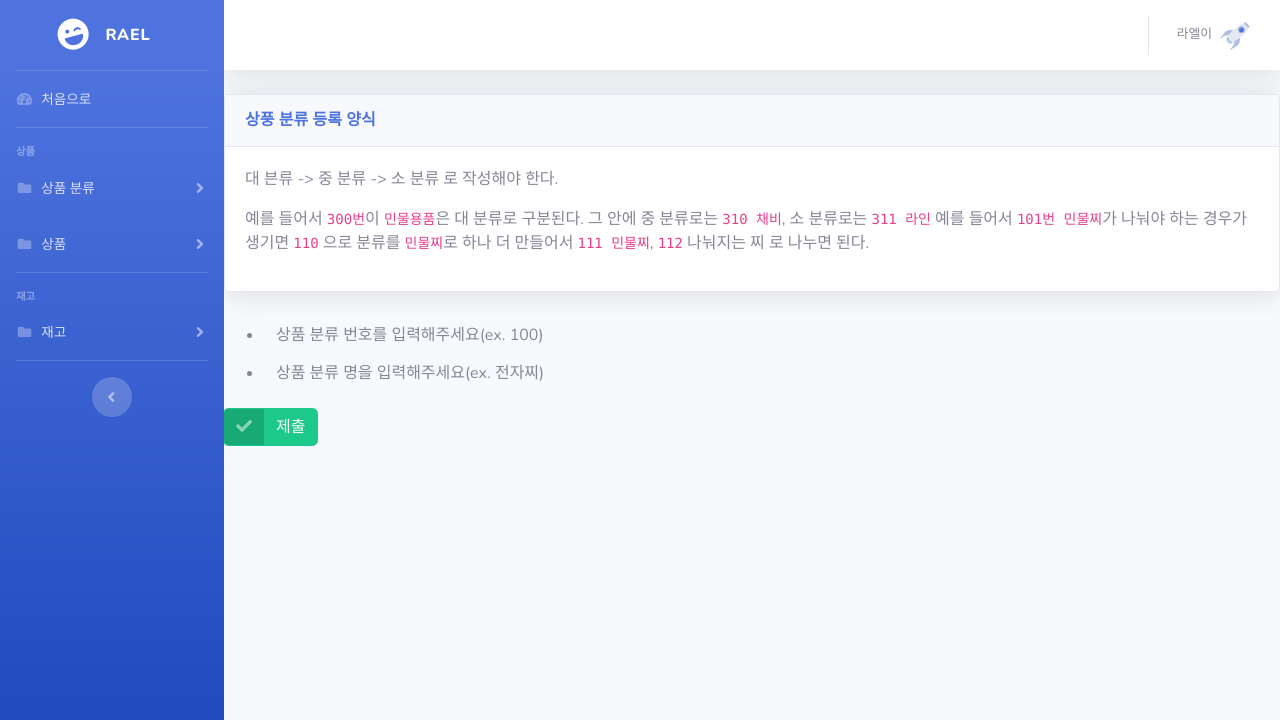
Repository: sww232/springRaelProject
Page: http://localhost/rael/WEB-INF/views/product/category_insert.jsp
An editor plug-in stored every save of this project. The page is shown before and after the next save, followed by the edit.
The browser window is 1280 px wide. The pictures show the whole page.
The page is served by Tomcat 9. Nobody is signed in. Other server files are loaded and not shown. The template is opened directly, without the code that normally fills it, so the values that code supplies are empty.

Above is the page before, as saved 2022-10-06 19:13:56.

### raelproject3/rael/src/main/webapp/WEB-INF/views/product/category_insert.jsp
<%@ page language="java" contentType="text/html; charset=UTF-8" pageEncoding="UTF-8"%>
<%@ taglib uri="http://java.sun.com/jsp/jstl/core" prefix="c" %>
<%@ taglib prefix="sql" uri="http://java.sun.com/jsp/jstl/sql" %>
<%@ taglib prefix="fmt" uri="http://java.sun.com/jsp/jstl/fmt" %>
<!DOCTYPE html>
<html>
<head>
	    <meta name="viewport" content="width=device-width, initial-scale=1, shrink-to-fit=no">
	    <meta name="description" content="">
	    <meta name="author" content="">
	    <meta charset="UTF-8">
			<title>메인</title>

		<link href="/vendor/fontawesome-free/css/all.min.css" rel="stylesheet" type="text/css">
	    <link
	        href="https://fonts.googleapis.com/css?family=Nunito:200,200i,300,300i,400,400i,600,600i,700,700i,800,800i,900,900i"
	        rel="stylesheet">

	    <!-- Custom styles for this template -->
	    <link href="/css/sb-admin-2.min.css" rel="stylesheet">
	    <script src="/vendor/jquery/jquery.min.js"></script>
	    <script src="/vendor/bootstrap/js/bootstrap.bundle.min.js"></script>

	    <!-- Core plugin JavaScript-->
	    <script src="/vendor/jquery-easing/jquery.easing.min.js"></script>

	    <!-- Custom scripts for all pages-->
	    <script src="/js/sb-admin-2.min.js"></script>

	    <!-- Page level plugins -->
	    <script src="/vendor/datatables/jquery.dataTables.min.js"></script>
	    <script src="/vendor/datatables/dataTables.bootstrap4.min.js"></script>

	    <!-- Page level custom scripts -->
	    <script src="/js/demo/datatables-demo.js"></script>

	    <!-- Custom styles for this page -->
	    <link href="/vendor/datatables/dataTables.bootstrap4.min.css" rel="stylesheet">

	</head>
	<body id="page-top">
	<form>
		<div class="modal fade" id="moaModal1" tabindex="-1" role="dialog" aria-labelledby="exampleModalLabel" aria-hidden="true">

			<div class="modal-dialog" role="document">
				<div class="modal-content">
					<div class="modal-header">
						<h5 class="modal-title" id="exampleModalLabel">상품 등록을 위한 카테고리 선택</h5>
						<button class="close" type="button" data-dismiss="modal" aria-label="Close">
							<span aria-hidden="true">x</span>
						</button>
						</div>
						<div class="modal-body">
							<select name="categoryBox1" id="categoryBox1">
								<option value="defaultValue" selected></option>
								<c:forEach var="list" items="${categorynums}">
									<option value="${list}">
										${list}
									</option>
								</c:forEach>
							</select>
						</div>
					<div class="modal-footer">
						<button class="btn btn-primary" type="button" data-dismiss="modal">Cancel</button>
						<button class="btn btn-primary" type="submit" formaction="/product/product_insert">Choice</button>
					</div>
				</div>
			</div>
		</div>
		<div class="modal fade" id="moaModal2" tabindex="-1" role="dialog" aria-labelledby="exampleModalLabel" aria-hidden="true">

			<div class="modal-dialog" role="document">
				<div class="modal-content">
					<div class="modal-header">
						<h5 class="modal-title" id="exampleModalLabel">상품 추가 등록을 위한 카테고리 선택</h5>
						<button class="close" type="button" data-dismiss="modal" aria-label="Close">
							<span aria-hidden="true">x</span>
						</button>
						</div>
						<div class="modal-body">
							<select name="categoryBox2" id="categoryBox2">
								<option value="defaultValue" selected></option>
								<c:forEach var="list" items="${categorynums}">
									<option value="${list}">
										${list}
									</option>
								</c:forEach>
							</select>
						</div>
					<div class="modal-footer">
						<button class="btn btn-primary" type="button" data-dismiss="modal">Cancel</button>
						<button class="btn btn-primary" type="submit" formaction="/product/product_insert_detail">Choice</button>
					</div>
				</div>
			</div>
		</div>
		<div class="modal fade" id="moaModal3" tabindex="-1" role="dialog" aria-labelledby="exampleModalLabel" aria-hidden="true">

			<div class="modal-dialog" role="document">
				<div class="modal-content">
					<div class="modal-header">
						<h5 class="modal-title" id="exampleModalLabel">상품명/상세정보 수정을 위한 카테고리 선택</h5>
						<button class="close" type="button" data-dismiss="modal" aria-label="Close">
							<span aria-hidden="true">x</span>
						</button>
						</div>
						<div class="modal-body">
							<select name="categoryBox3" id="categoryBox3">
								<option value="defaultValue" selected></option>
								<c:forEach var="list" items="${categorynums}">
									<option value="${list}">
										${list}
									</option>
								</c:forEach>
							</select>
						</div>
					<div class="modal-footer">
						<button class="btn btn-primary" type="button" data-dismiss="modal">Cancel</button>
						<button class="btn btn-primary" type="submit" formaction="/product/product_update">Choice</button>
					</div>
				</div>
			</div>
		</div>
	</form>
	<div id="wrapper">
		 <ul class="navbar-nav bg-gradient-primary sidebar sidebar-dark accordion" id="accordionSidebar">

            <!-- Sidebar - Brand -->
            <a class="sidebar-brand d-flex align-items-center justify-content-center" href="/">
                <div class="sidebar-brand-icon rotate-n-15">
                    <i class="fas fa-laugh-wink"></i>
                </div>
                <div class="sidebar-brand-text mx-3">RAEL</div>
            </a>

            <!-- Divider -->
            <hr class="sidebar-divider my-0">

            <!-- Nav Item - Dashboard -->
            <li class="nav-item">
                <a class="nav-link" href="/">
                    <i class="fas fa-fw fa-tachometer-alt"></i>
                    <span>처음으로</span></a>
            </li>

            <!-- Divider -->
            <hr class="sidebar-divider">

            <!-- Heading -->
            <div class="sidebar-heading">
                상품
            </div>

            <!-- Nav Item - Pages Collapse Menu -->
            <li class="nav-item">
                <a class="nav-link collapsed" href="#" data-toggle="collapse" data-target="#collapseTwo"
                    aria-expanded="true" aria-controls="collapseTwo">
                    <i class="fas fa-fw fa-folder"></i>
                    <span>상품 분류</span>
                </a>
                <div id="collapseTwo" class="collapse" aria-labelledby="headingTwo" data-parent="#accordionSidebar">
                    <div class="bg-white py-2 collapse-inner rounded">
                        <h6 class="collapse-header">상풍 분류 탭</h6>
                        <a class="collapse-item" href="/product/category_select?page=1&recordSize=10&pageSize=10">상품 분류 조회</a>
                        <a class="collapse-item" href="/product/category_insert?insertresult=0">상품 분류 등록</a>
                        <a class="collapse-item" href="/product/category_update">상품 분류 수정</a>
                    </div>
                </div>
            </li>

            <!-- Nav Item - Utilities Collapse Menu -->
            <li class="nav-item">
                <a class="nav-link collapsed" href="#" data-toggle="collapse" data-target="#collapseUtilities"
                    aria-expanded="true" aria-controls="collapseUtilities">
                    <i class="fas fa-fw fa-folder"></i>
                    <span>상품</span>
                </a>
                <div id="collapseUtilities" class="collapse" aria-labelledby="headingUtilities"
                    data-parent="#accordionSidebar">
                    <div class="bg-white py-2 collapse-inner rounded">
                        <h6 class="collapse-header">상품 탭</h6>
                        <a class="collapse-item" href="/product/all_select?page=1&recordSize=10&pageSize=10">상품 조회</a>
                        <a class="collapse-item" href="#" data-toggle="modal" data-target="#moaModal1">
							<i class="fas fa-arrow-right"></i>상품 등록
						</a>
						<a class="collapse-item" href="#" data-toggle="modal" data-target="#moaModal2">
							<i class="fas fa-arrow-right"></i>상품 추가 등록
						</a>
						<a class="collapse-item" href="#" data-toggle="modal" data-target="#moaModal3">
							<i class="fas fa-arrow-right"></i>상품명/상세정보 수정
						</a>
                    </div>
                </div>
            </li>

            <!-- Divider -->
            <hr class="sidebar-divider">

            <!-- Heading -->
            <div class="sidebar-heading">
                재고
            </div>

            <!-- Nav Item - Pages Collapse Menu -->
            <li class="nav-item">
                <a class="nav-link collapsed" href="#" data-toggle="collapse" data-target="#collapsePages"
                    aria-expanded="true" aria-controls="collapsePages">
                    <i class="fas fa-fw fa-folder"></i>
                    <span>재고</span>
                </a>
                <div id="collapsePages" class="collapse" aria-labelledby="headingPages" data-parent="#accordionSidebar">
                    <div class="bg-white py-2 collapse-inner rounded">
                        <h6 class="collapse-header">재고</h6>
                        <a class="collapse-item" href="/stock/stock_select?page=1&recordSize=10&pageSize=10">재고 조회 및 입/출고</a>
                        <div class="collapse-divider"></div>
                        <h6 class="collapse-header">재고 입/출고</h6>
                        <a class="collapse-item" href="/stock/stock_history?page=1&recordSize=10&pageSize=10">내역</a>
                        <a class="collapse-item" href="/stock/stock_history_cancel?page=1&recordSize=10&pageSize=10">취소</a>
                    </div>
                </div>
            </li>

            <!-- Divider -->
            <hr class="sidebar-divider d-none d-md-block">

            <!-- Sidebar Toggler (Sidebar) -->
            <div class="text-center d-none d-md-inline">
                <button class="rounded-circle border-0" id="sidebarToggle"></button>
            </div>

        </ul>

        <!-- End of Sidebar -->

        <!-- Content Wrapper -->
        <div id="content-wrapper" class="d-flex flex-column">

            <!-- Main Content -->
            <div id="content">

                <!-- Topbar -->
                <nav class="navbar navbar-expand navbar-light bg-white topbar mb-4 static-top shadow">

                    <!-- Sidebar Toggle (Topbar) -->
                    <form class="form-inline">
                        <button id="sidebarToggleTop" class="btn btn-link d-md-none rounded-circle mr-3">
                            <i class="fa fa-bars"></i>
                        </button>
                    </form>

                    <!-- Topbar Search
                    <form
                        class="d-none d-sm-inline-block form-inline mr-auto ml-md-3 my-2 my-md-0 mw-100 navbar-search">
                        <div class="input-group">
                            <input type="text" class="form-control bg-light border-0 small" placeholder="Search for..."
                                aria-label="Search" aria-describedby="basic-addon2">
                            <div class="input-group-append">
                                <button class="btn btn-primary" type="button">
                                    <i class="fas fa-search fa-sm"></i>
                                </button>
                            </div>
                        </div>
                    </form>
					-->
                    <!-- Topbar Navbar -->
                    <ul class="navbar-nav ml-auto">

                        <!-- Nav Item - Search Dropdown (Visible Only XS) -->
                        <li class="nav-item dropdown no-arrow d-sm-none">
                            <a class="nav-link dropdown-toggle" href="#" id="searchDropdown" role="button"
                                data-toggle="dropdown" aria-haspopup="true" aria-expanded="false">
                                <i class="fas fa-search fa-fw"></i>
                            </a>
                            <!-- Dropdown - Messages -->
                            <div class="dropdown-menu dropdown-menu-right p-3 shadow animated--grow-in"
                                aria-labelledby="searchDropdown">
                                <form class="form-inline mr-auto w-100 navbar-search">
                                    <div class="input-group">
                                        <input type="text" class="form-control bg-light border-0 small"
                                            placeholder="Search for..." aria-label="Search"
                                            aria-describedby="basic-addon2">
                                        <div class="input-group-append">
                                            <button class="btn btn-primary" type="button">
                                                <i class="fas fa-search fa-sm"></i>
                                            </button>
                                        </div>
                                    </div>
                                </form>
                            </div>
                        </li>
                        <div class="topbar-divider d-none d-sm-block"></div>

                        <!-- Nav Item - User Information -->
                        <li class="nav-item dropdown no-arrow">
                            <a class="nav-link dropdown-toggle" href="#" id="userDropdown" role="button"
                                data-toggle="dropdown" aria-haspopup="true" aria-expanded="false">
                                <span class="mr-2 d-none d-lg-inline text-gray-600 small">라엘이</span>
                                <img class="img-profile rounded-circle"
                                    src="img/undraw_rocket.svg">
                            </a>
                            <!-- Dropdown - User Information -->
                            <div class="dropdown-menu dropdown-menu-right shadow animated--grow-in"
                                aria-labelledby="userDropdown">
                                <div class="dropdown-divider"></div>
                                <a class="dropdown-item" href="#" data-toggle="modal" data-target="#logoutModal">
                                    <i class="fas fa-sign-out-alt fa-sm fa-fw mr-2 text-gray-400"></i>
                                    Logout
                                </a>
                            </div>
                        </li>

                    </ul>

                </nav>
    		<!-- End of Topbar -->

			<div class="card shadow mb-4">
				<div class="card-header py-3 d-flex flex-row align-items-center justify-content-between">
					<h6 class="m-0 font-weight-bold text-primary">상풍 분류 등록 양식</h6>
				</div>
				<div class="card-body">
					<p>
						대 븐류 -> 중 분류 -> 소 분류 로 작성해야 한다.
					</p>
					<p>
						예를 들어서 <code>300번</code>이 <code>민물용품</code>은 대 분류로 구분된다.
						그 안에 중 분류로는
						<code>310 채비</code>, 소 분류로는 <code>311 라인</code>
						예를 들어서 <code>101번 민물찌</code>가 나눠야 하는 경우가 생기면
						<code>110</code> 으로 분류를 <code>민물찌</code>로 하나 더 만들어서
						<code>111 민물찌</code>, <code>112</code> 나눠지는 찌 로 나누면 된다.
					</p>
				</div>
			</div>


			<form method="POST" action="/product/category_insert/INSERT">
				<ul>
					<li>
						<div class="input-group">
							<input type="text" class="form-control bg-light border-0 small" name="productcategory num" placeholder="상품 분류 번호를 입력해주세요(ex. 100)" autocomplete="off">
						</div>
					</li>
					<li>
						<div class="input-group">
							<input type="text" class="form-control bg-light border-0 small" name="productcategory name"
							placeholder="상품 분류 명을 입력해주세요(ex. 전자찌)" autocomplete="off">
						</div>
					</li>

				</ul>
				<div class="input-group-append">
					<button type="submit" class="btn btn-success btn-icon-split">
						<span class="icon text-white-50">
							<i class="fas fa-check"></i>
						</span>
						<span class="text">제출</span>
					</button>
				</div>
			</form>

			<c:if test="${insertresult == 1}">
				<script type="text/javascript">
					alert("성공적으로 등록 하였습니다.");
				</script>
			</c:if>
    	</div>

	</div>
</body>
</html>

### raelproject3/rael/src/main/resources/static/img/undraw_rocket.svg
<?xml version="1.0" encoding="utf-8"?>
<!-- Generator: Adobe Illustrator 25.0.0, SVG Export Plug-In . SVG Version: 6.00 Build 0)  -->
<svg version="1.1" id="b759170a-51c3-4e2f-999d-77dec9fd6d11"
	 xmlns="http://www.w3.org/2000/svg" xmlns:xlink="http://www.w3.org/1999/xlink" x="0px" y="0px" viewBox="0 0 650.9 610.5"
	 style="enable-background:new 0 0 650.9 610.5;" xml:space="preserve">
<style type="text/css">
	.st0{fill:#AFC0E0;}
	.st1{opacity:0.2;fill:#FFFFFF;enable-background:new    ;}
	.st2{opacity:0.1;enable-background:new    ;}
	.st3{fill:#E3E8F4;}
	.st4{fill:#4E73DF;}
</style>
<path class="st0" d="M174,321c-2-1.6-4.2-3-6.6-4.2c-51.8-26.2-157,67.8-157,67.8L0,372.7c0,0,42.1-43.8,92.4-117.3
	c45.2-66.1,150.7-51.8,171.4-48.3c2.3,0.4,3.6,0.7,3.6,0.7C298.7,288.3,174,321,174,321z"/>
<path class="st1" d="M269.4,213.9c-0.6-2-1.3-4-2-6c0,0-1.2-0.2-3.6-0.7c-20.7-3.5-126.2-17.8-171.4,48.3C42.1,329,0,372.7,0,372.7
	l5.9,6.7c0,0,42.1-43.8,92.4-117.3C143.3,196.3,248,210.2,269.4,213.9z"/>
<path class="st0" d="M337.7,533.4c-79.2,40.8-127.8,77.1-127.8,77.1l-10.5-11.9c0,0,111.1-96.8,85.3-150.9c-0.5-1.2-1.2-2.3-1.9-3.4
	c0,0,47.9-119.6,123.9-78.5c0,0,0.1,1,0.2,2.9C407.8,387.8,409.7,496.3,337.7,533.4z"/>
<path class="st2" d="M174,321c-2-1.6-4.2-3-6.6-4.2c29.3-38.9,61.5-75.5,96.3-109.7c2.3,0.4,3.6,0.7,3.6,0.7
	C298.7,288.3,174,321,174,321z"/>
<path class="st2" d="M406.9,368.6c-38.6,29.6-79.4,56.1-122.3,79.1c-0.5-1.2-1.2-2.3-1.9-3.4c0,0,47.9-119.6,123.9-78.5
	C406.7,365.7,406.8,366.7,406.9,368.6z"/>
<path class="st3" d="M263.6,455.5c-20.3,10.4-41.6,20.5-64,30.2c-33.6,14.6-51.5-2.2-80.7-91.5c0,0,12.5-22.5,37.2-57
	c54.3-75.8,167.5-209.1,336.1-286.7C542.7,27.1,596.1,10.1,650.9,0c0,0-9.1,68.8-62,160.1S439.1,365.3,263.6,455.5z"/>
<circle class="st0" cx="435.6" cy="199.7" r="71.6"/>
<path class="st4" d="M469.2,237.9c-21,18.6-53.1,16.6-71.7-4.5c-7.8-8.8-12.2-20-12.7-31.8c-0.2-4.7,0.3-9.4,1.4-14
	c0.5-2,1.1-4.1,1.9-6c2.9-7.7,7.7-14.5,13.8-19.9c0.3-0.3,0.6-0.5,0.9-0.8c17.1-14.4,41.5-15.9,60.3-3.8c3.5,2.3,6.7,4.9,9.5,7.9
	l1,1.1C492.2,187.2,490.2,219.3,469.2,237.9C469.2,237.8,469.2,237.9,469.2,237.9z"/>
<path class="st0" d="M588.9,160.1c-83-35.2-96.8-109.6-96.8-109.6C542.7,27,596.1,10.1,650.9,0C650.9,0,641.8,68.8,588.9,160.1z"/>
<path class="st0" d="M263.6,455.5c-13.7,7.1-27.9,13.9-42.6,20.7c-7,3.2-14.1,6.4-21.4,9.5c-10.9,4.7-51.5-2.2-80.7-91.5
	c0,0,4.1-7.3,12.1-20c6.1-9.6,14.5-22.2,25.1-37c0,0,11,33.2,41.1,67.3C215.8,425.7,238.4,443,263.6,455.5z"/>
<path class="st3" d="M221,476.2c-7,3.2-14.1,6.4-21.4,9.5c-10.9,4.7-51.5-2.2-80.7-91.5c0,0,4.1-7.3,12.1-20
	C131,374.2,170.2,456.9,221,476.2z"/>
<path class="st1" d="M463.2,157l-0.1,0l-60.1,3.9c-0.3,0.3-0.6,0.5-0.9,0.8c-6.2,5.4-10.9,12.3-13.8,19.9l84.5-16.6L463.2,157z"/>
<path class="st1" d="M438.8,194.3l-53.9,7.3c-0.2-4.7,0.3-9.4,1.4-14l52.8,1.4L438.8,194.3z"/>
<path class="st1" d="M131.7,408.7c0,0,12.5-22.5,37.2-57C223.2,276,336.4,142.7,504.9,65c45.6-21.1,93.3-36.9,142.5-47.3
	C650.1,6.4,650.9,0,650.9,0c-54.8,10.1-108.2,27-158.7,50.5c-168.6,77.7-281.8,211-336.1,286.7c-24.7,34.4-37.2,57-37.2,57
	c11.5,35.3,26.6,57,40.5,70.3C149.4,451.4,139.7,433.3,131.7,408.7z"/>
</svg>

Loaded but not shown: raelproject3/rael/src/main/resources/static/css/sb-admin-2.min.css (library); raelproject3/rael/src/main/resources/static/js/sb-admin-2.min.js (common file); raelproject3/rael/src/main/resources/static/js/demo/datatables-demo.js (common file)

After the next save:
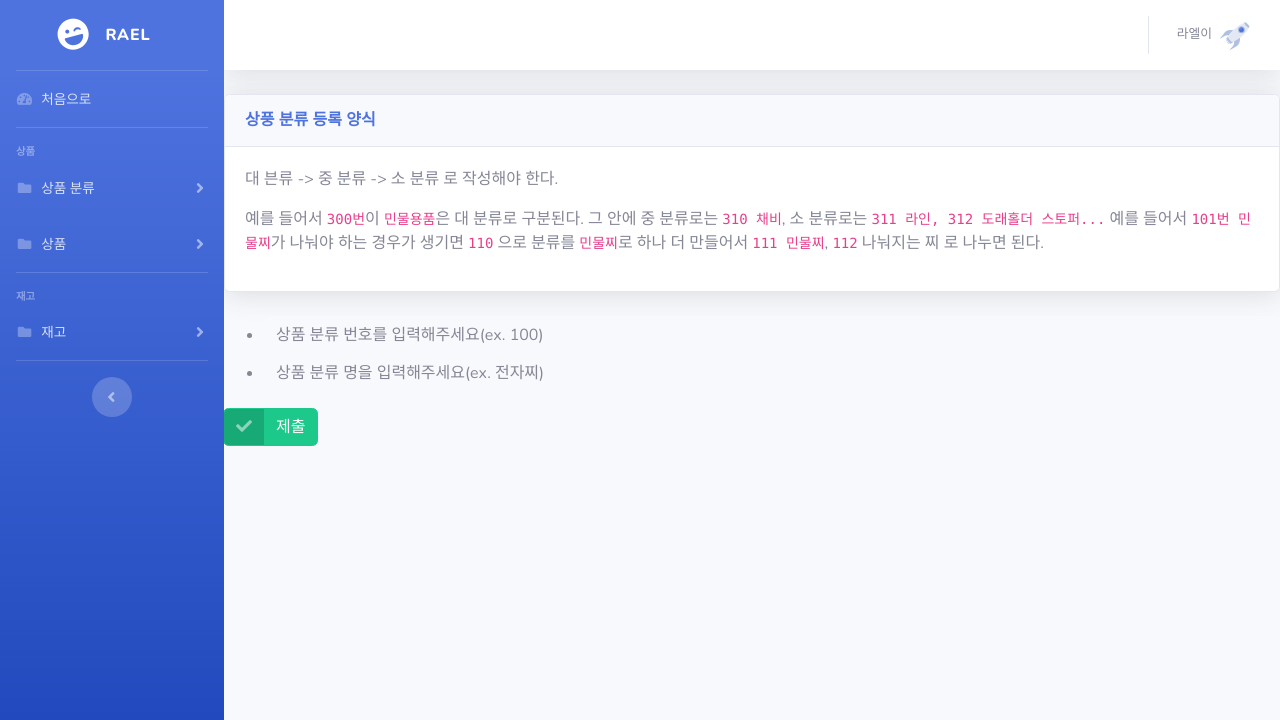
Saved 11 s later.
--- a/raelproject3/rael/src/main/webapp/WEB-INF/views/product/category_insert.jsp
+++ b/raelproject3/rael/src/main/webapp/WEB-INF/views/product/category_insert.jsp
@@ -325,7 +325,7 @@
 					<p>
 						예를 들어서 <code>300번</code>이 <code>민물용품</code>은 대 분류로 구분된다.
 						그 안에 중 분류로는
-						<code>310 채비</code>, 소 분류로는 <code>311 라인</code>
+						<code>310 채비</code>, 소 분류로는 <code>311 라인, 312 도래홀더 스토퍼...</code>
 						예를 들어서 <code>101번 민물찌</code>가 나눠야 하는 경우가 생기면
 						<code>110</code> 으로 분류를 <code>민물찌</code>로 하나 더 만들어서
 						<code>111 민물찌</code>, <code>112</code> 나눠지는 찌 로 나누면 된다.
